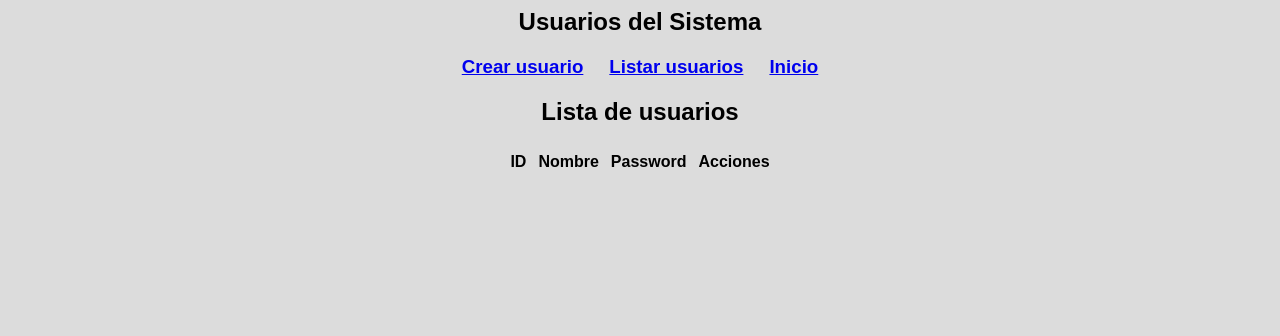
Repository: miguelalvarezcl/examen
Page: http://localhost/CtaCorriente/
An editor plug-in stored every save of this project. The page is shown before and after the next save, followed by the edit.
The browser window is 1280 px wide. The pictures show the whole page.
The page is served by Tomcat 9. Queries for data that is not in the repository find no rows.

Above is the page before, as saved 2021-11-13 05:17:54.

After the next save:
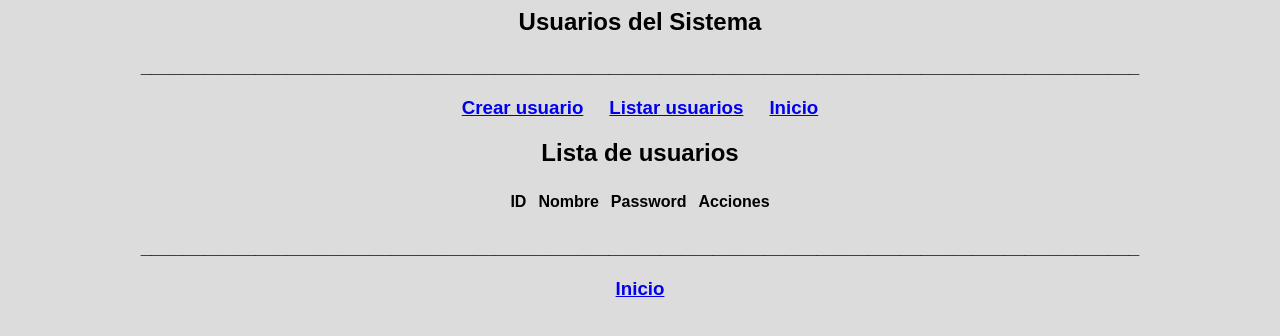
Saved 3 min 36 s later.
--- a/CtaCorriente/WebContent/ListaUsuarios.jsp
+++ b/CtaCorriente/WebContent/ListaUsuarios.jsp
@@ -9,6 +9,7 @@
 <body>
     <center>
         <h2>Usuarios del Sistema</h2>
+        <h3>________________________________________________________________________________________________</h3>
         <h3>
             <a href="/CtaCorriente/new">Crear usuario</a>
             &nbsp;&nbsp;&nbsp;
@@ -41,6 +42,12 @@
             </c:forEach>
         </table>
     </div>
+     <center>
+        <h3>________________________________________________________________________________________________</h3>
+        <h3>
+            <a href="/CtaCorriente/home.jsp">Inicio</a>
+        </h3>
+    </center>
 </body>
 </html>
 
